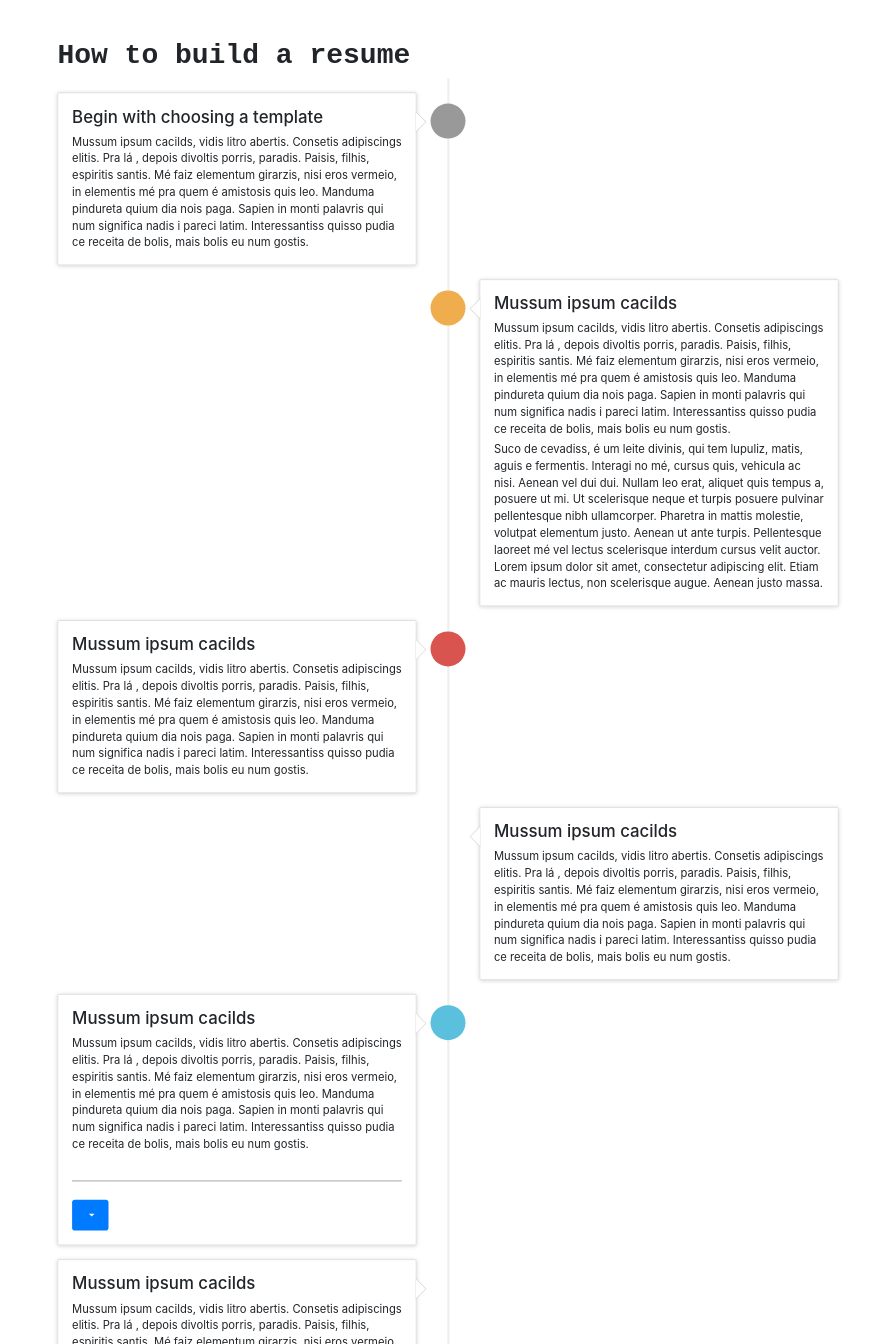
Repository: Tejaakshaykumar/MakeMyVita-Resume-Builder-Website
Page: / (app in frontend/)
The author's editor kept a copy of each file at every save. The page is drawn from the files as they stood at one save, then again after the next save.
The browser window is 1280 px wide. The pictures show the part of the page from y = 0 to 1920 px (the page is 2569 px tall before and 2401 px after), at 70% of full size.
Some icons come from a web library that is not loaded, so they are not drawn. Some web fonts or font styles are not loaded; a fallback is used. Some web libraries are served in a nearby version. The project was rebuilt for these pictures with package versions that can differ from the ones it lists, and the page was loaded fresh each time. Also part of the build but not shown: frontend/src/App.css, frontend/src/containers/Navbar.js, frontend/src/containers/About.js, frontend/src/containers/Buildresume.js, frontend/src/containers/Images.js, frontend/src/containers/Features.js, frontend/src/containers/Review.js, frontend/src/containers/Trybox.js and 24 more.

Above is the page before, as saved 2024-06-16 23:22:41.

After the next save:
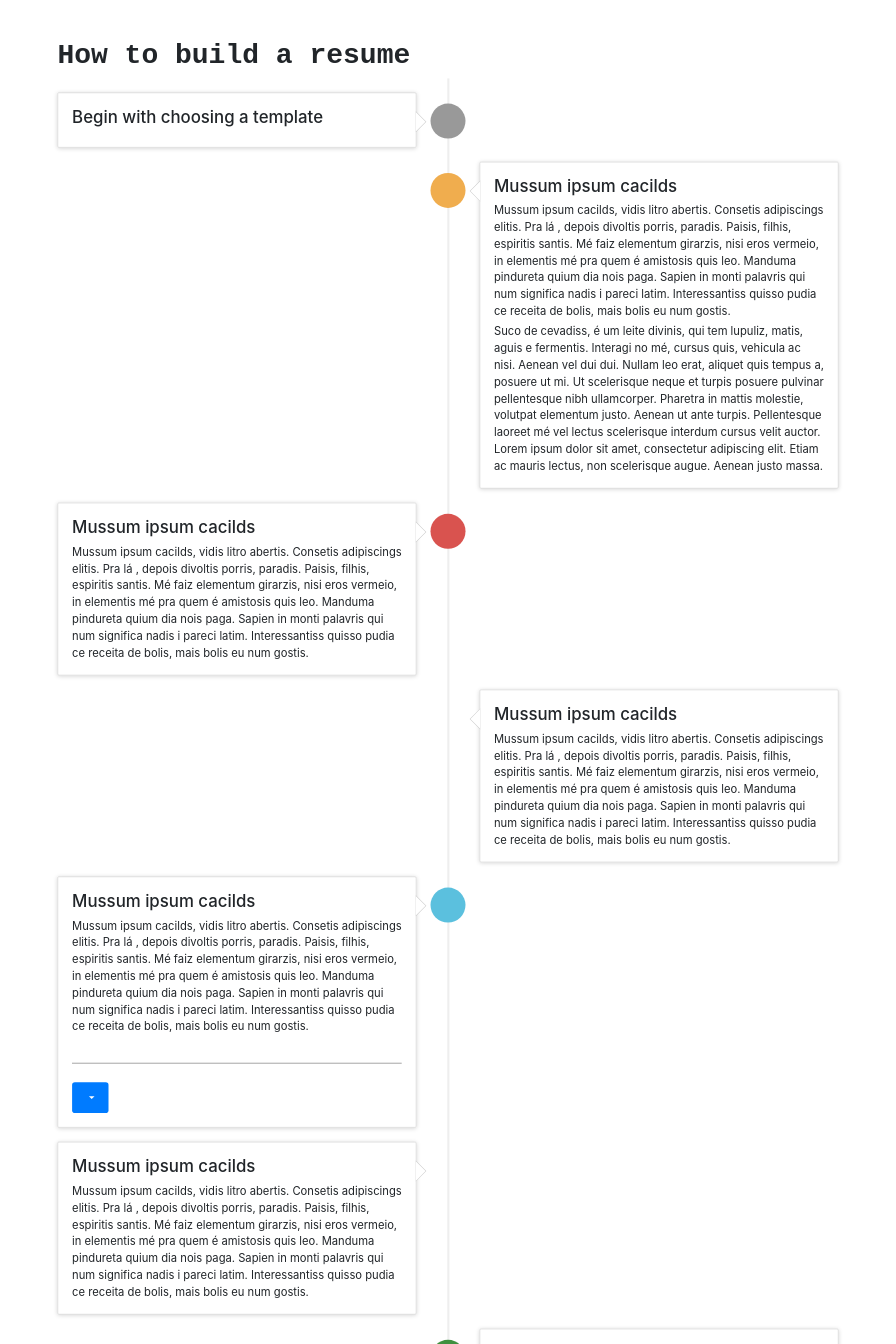
Saved 9 s later.
--- a/frontend/src/containers/Howitworks.js
+++ b/frontend/src/containers/Howitworks.js
@@ -23,13 +23,7 @@ function Howitworks ()  {
               </div>
               <div className="timeline-body">
                 <p>
-                  Mussum ipsum cacilds, vidis litro abertis. Consetis adipiscings
-                  elitis. Pra lá , depois divoltis porris, paradis. Paisis, filhis,
-                  espiritis santis. Mé faiz elementum girarzis, nisi eros vermeio, in
-                  elementis mé pra quem é amistosis quis leo. Manduma pindureta quium
-                  dia nois paga. Sapien in monti palavris qui num significa nadis i
-                  pareci latim. Interessantiss quisso pudia ce receita de bolis, mais
-                  bolis eu num gostis.
+
                 </p>
               </div>
             </div>
